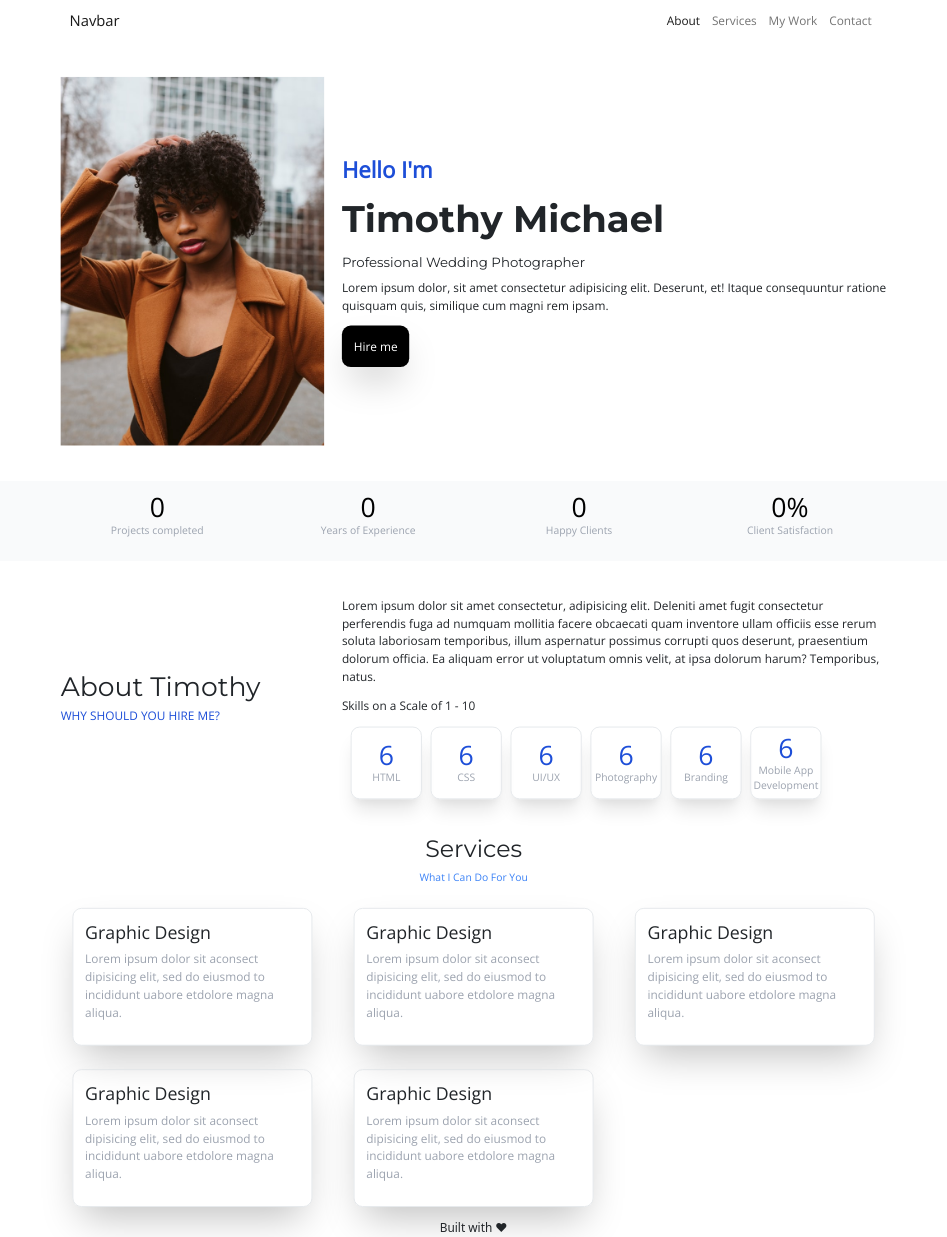
Repository: latenightsnacc/giggles
Page: HTML/freelancer.html
The author's editor kept a copy of each file at every save. The page is drawn from the files as they stood at one save, then again after the next save.
The browser window is 1280 px wide. The pictures show the whole page, at 74% of full size.
Some web libraries are served in a nearby version.

Above is the page before, as saved 2021-01-03 16:25:52.

After the next save:
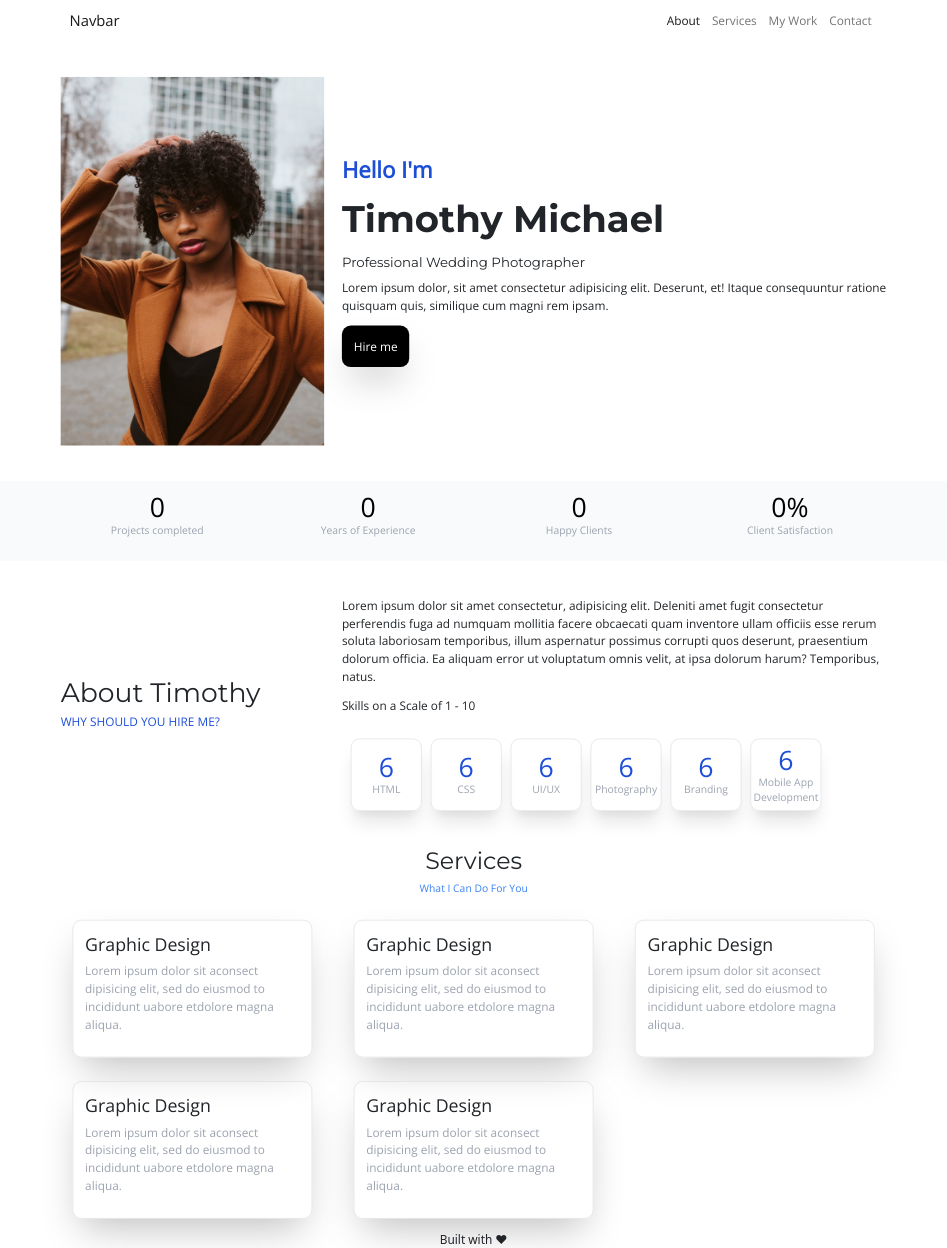
Saved 18 s later.
--- a/HTML/freelancer.html
+++ b/HTML/freelancer.html
@@ -97,7 +97,7 @@
                 </div>
                 <div class="col-sm-12 col-md-6 col-lg-8 col-xl-8 pt-5">
                     <p>Lorem ipsum dolor sit amet consectetur, adipisicing elit. Deleniti amet fugit consectetur perferendis fuga ad numquam mollitia facere obcaecati quam inventore ullam officiis esse rerum soluta laboriosam temporibus, illum aspernatur possimus corrupti quos deserunt, praesentium dolorum officia. Ea aliquam error ut voluptatum omnis velit, at ipsa dolorum harum? Temporibus, natus.</p>
-                    <span class="bold">Skills on a Scale of 1 - 10</span>
+                    <p class="bold">Skills on a Scale of 1 - 10</p>
                     <div class="d-flex flex-wrap">
                         <div class="skill-box shadow-xl max-w-sm w-24 p-2 ml-3 mt-3 border border-gray-100 rounded-xl flex flex-col items-center justify-center text-center">
 
